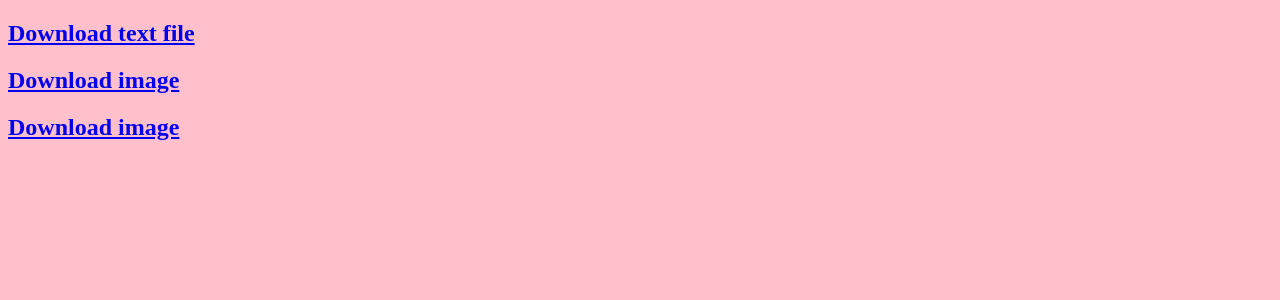
Repository: Pallavijoshii/Zen_Training
Page: RESTfulWebServices/TrivagoHotels/WebContent/index.html
An editor plug-in stored every save of this project. The page is shown before and after the next save, followed by the edit.
The browser window is 1280 px wide. The pictures show the whole page.

Above is the page before, as saved 2019-07-25 22:25:22.

### RESTfulWebServices/TrivagoHotels/WebContent/index.html
<!DOCTYPE html>
<html>
<head>
<meta charset="ISO-8859-1">
<title>Trivago Home</title>
<style type="text/css">
body {
  background-color:pink;

}

</style>

</head>
<body>
<!--  <h3>How to say hello?</h3>
 <h2><a href="http://localhost:8084/HelloServices/zenrest/zenHello">Plain</a></h2>
 <h4><a href="http://localhost:8084/HelloServices/zenrest/zenHello/welcome">Html</a></h4>
 <h2><a href="http://localhost:8084/HelloServices/zenrest/zenHellowelcomexml">Xml</a></h2>

 <p><a href="AddProduct.html">AddProduct</a></p> -->
 <h2><a href="http://localhost:8084/HelloServices/zenrest/files/txt">Download text file</a></h2>
  <h2><a href="http://localhost:8084/HelloServices/zenrest/files/img">Download image</a></h2>
  <h2><a href="http://localhost:8084/HelloServices/zenrest/file">Download image</a></h2>

</body>
</html>

After the next save:
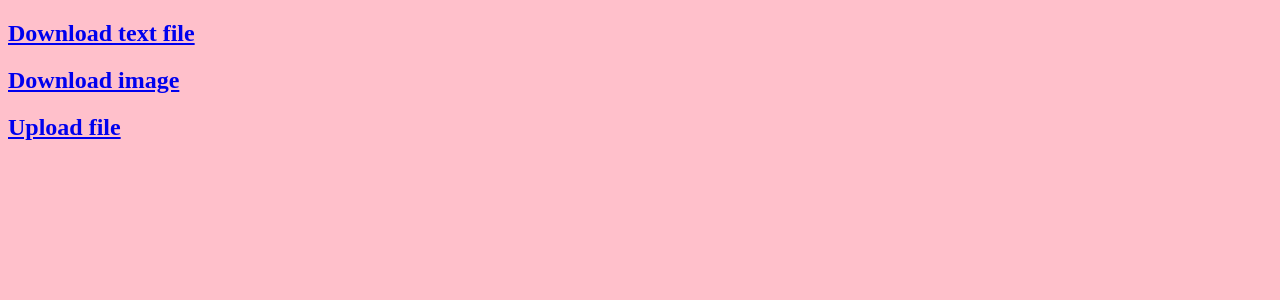
Saved 24 min 6 s later.
--- a/RESTfulWebServices/TrivagoHotels/WebContent/index.html
+++ b/RESTfulWebServices/TrivagoHotels/WebContent/index.html
@@ -21,7 +21,7 @@ body {
  <p><a href="AddProduct.html">AddProduct</a></p> -->
  <h2><a href="http://localhost:8084/HelloServices/zenrest/files/txt">Download text file</a></h2>
   <h2><a href="http://localhost:8084/HelloServices/zenrest/files/img">Download image</a></h2>
-  <h2><a href="http://localhost:8084/HelloServices/zenrest/file">Download image</a></h2>
+  <h2><a href="http://localhost:8084/HelloServices/zenrest/file">Upload file</a></h2>
 
 </body>
 </html>
